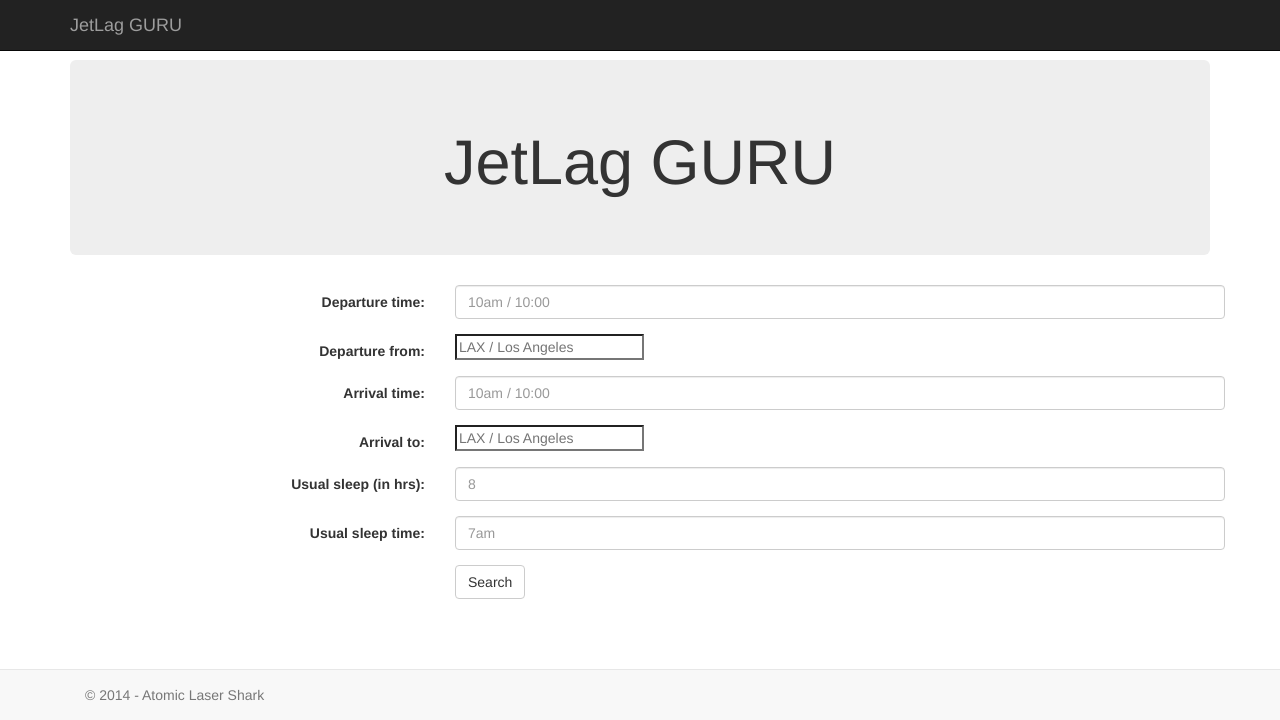
Repository: CzechHackathon2014/jetlag-guru
Page: http://localhost/
The author's editor kept a record of every edit. The page is drawn from the files as they stood at one moment, then again after the next edit.
The browser window is 1280 px wide. The pictures show the whole page.
The page is served by the project's Node server (server.js).

Above is the page before.

After the next edit:
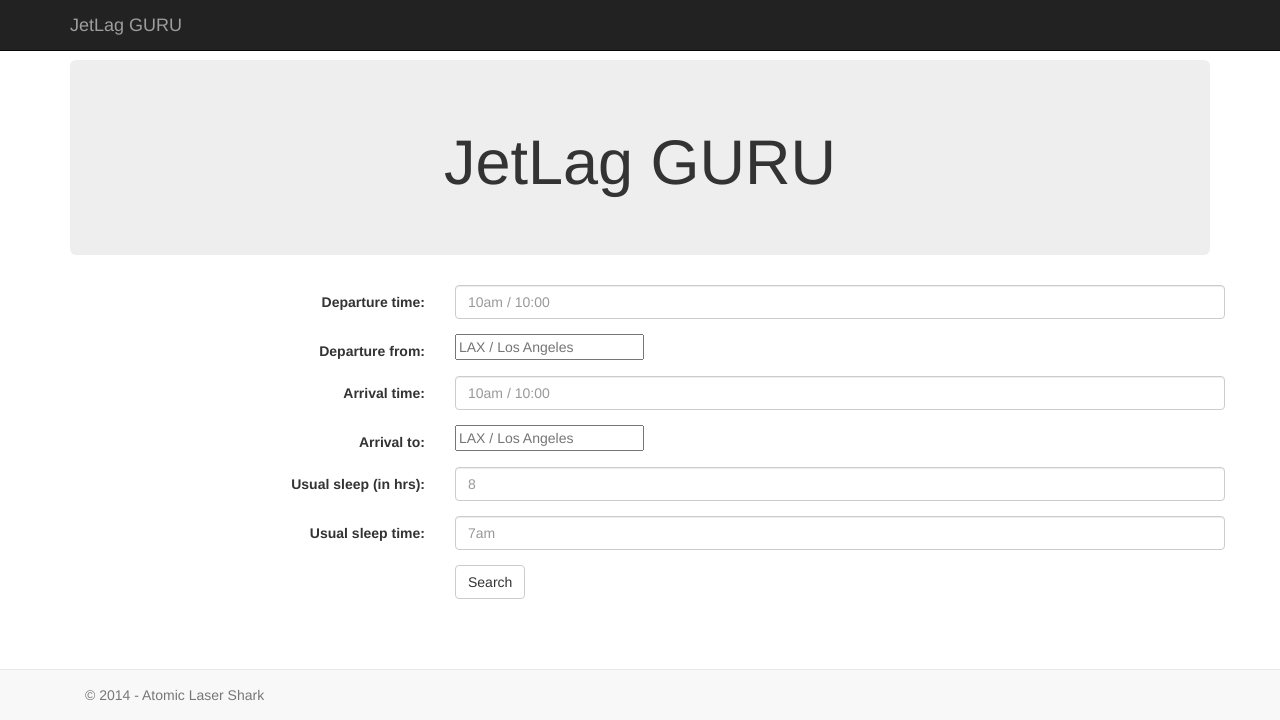
Console error: ReferenceError: getAirportInfo is not defined
The edit:
--- a/client/js/index.js
+++ b/client/js/index.js
@@ -35,16 +35,4 @@
 
         });
     };
-
-    function getAirportInfo(){
-        var searchString = $("#departureFrom").val();
-
-        if(searchString.length >= 3)
-        {
-            $.get("airportSearch", { query : { search : searchString } }).success(function(data, textStatus){
-            console.log(data.Name);
-        });
-        }
-    }
-
 });

After the edit that followed:
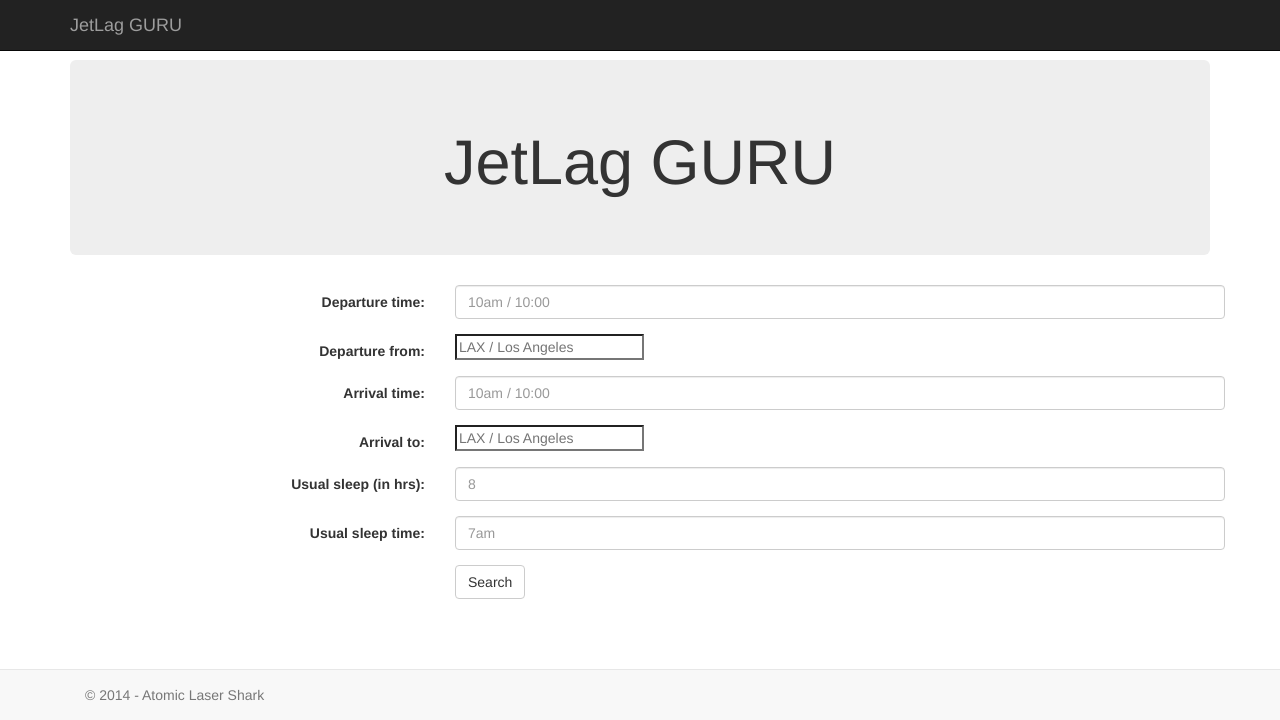
The error is gone.
The edit:
--- a/client/js/index.js
+++ b/client/js/index.js
@@ -1,6 +1,5 @@
 $(function () {
 
-    $("#departureFrom").keydown(getAirportInfo);
     $('#btnSearch').on("click",function (e) {
 
         var departureTime = $("#departureTime").val();
